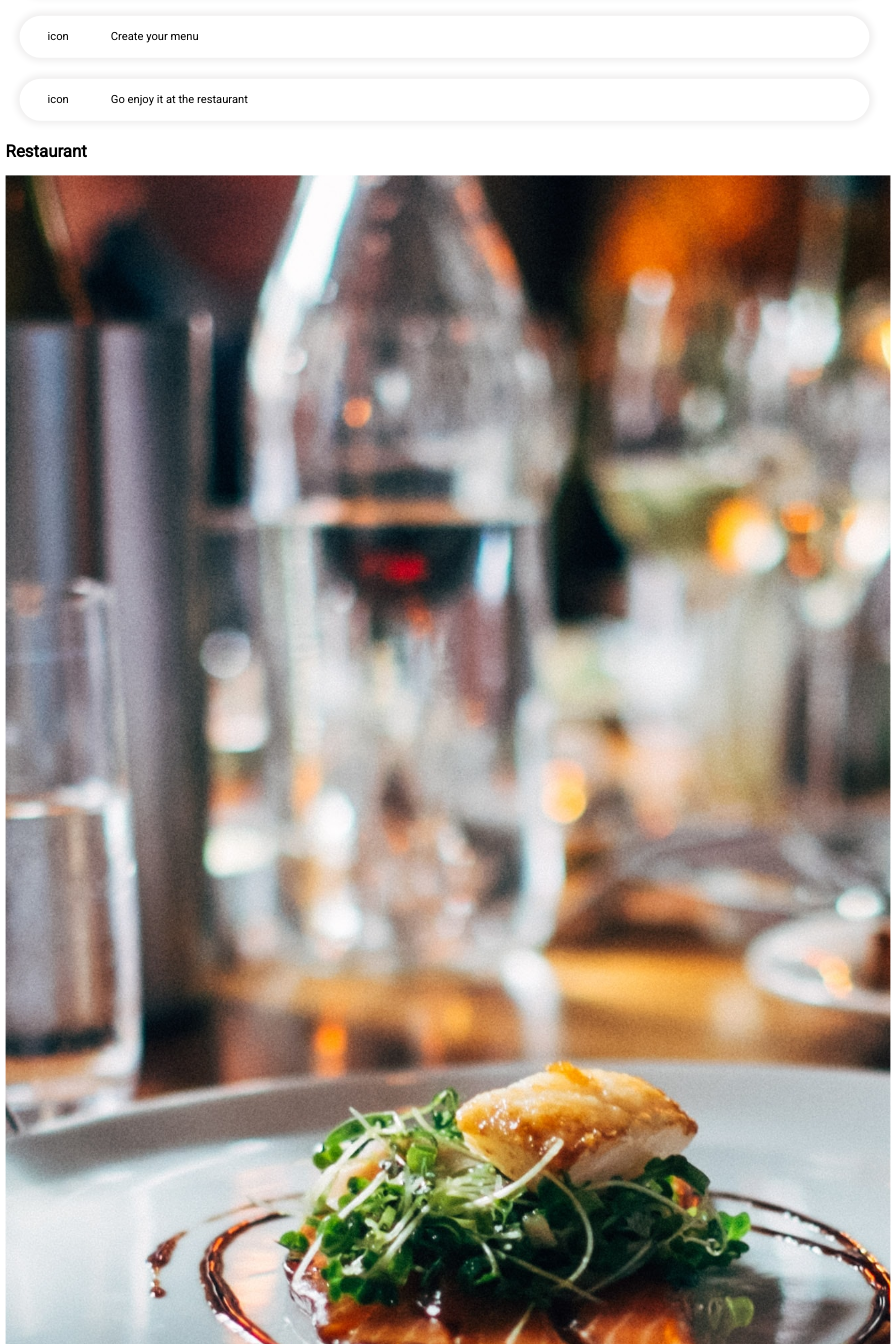
Repository: ailahin/ohmyfood
Page: Index.html
The author's editor kept a copy of each file at every save. The page is drawn from the files as they stood at one save, then again after the next save.
The browser window is 1280 px wide. The pictures show the part of the page from y = 462 to 2382 px (the page is 12596 px tall before and 4196 px after), at 70% of full size.
Some web fonts or font styles are not loaded; a fallback is used.

Above is the page before, as saved 2023-08-12 20:33:50.

After the next save:
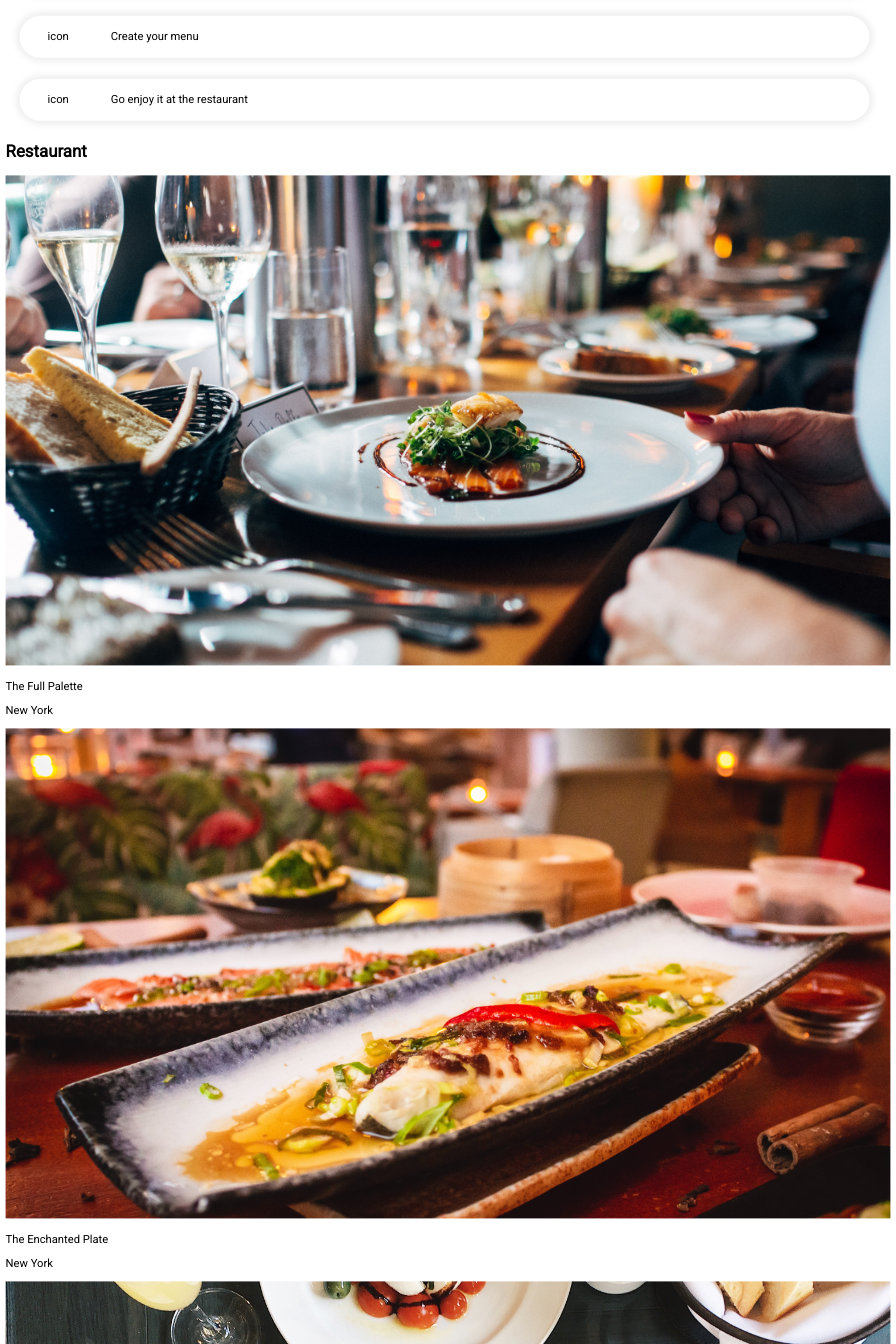
Saved 5 s later.
--- a/index.css
+++ b/index.css
@@ -100,7 +100,7 @@ nav{
     width: 100%;
     object-fit: cover;
     overflow: hidden;
-    zoom: 4;
+    zoom: 0;
 
 }
 
